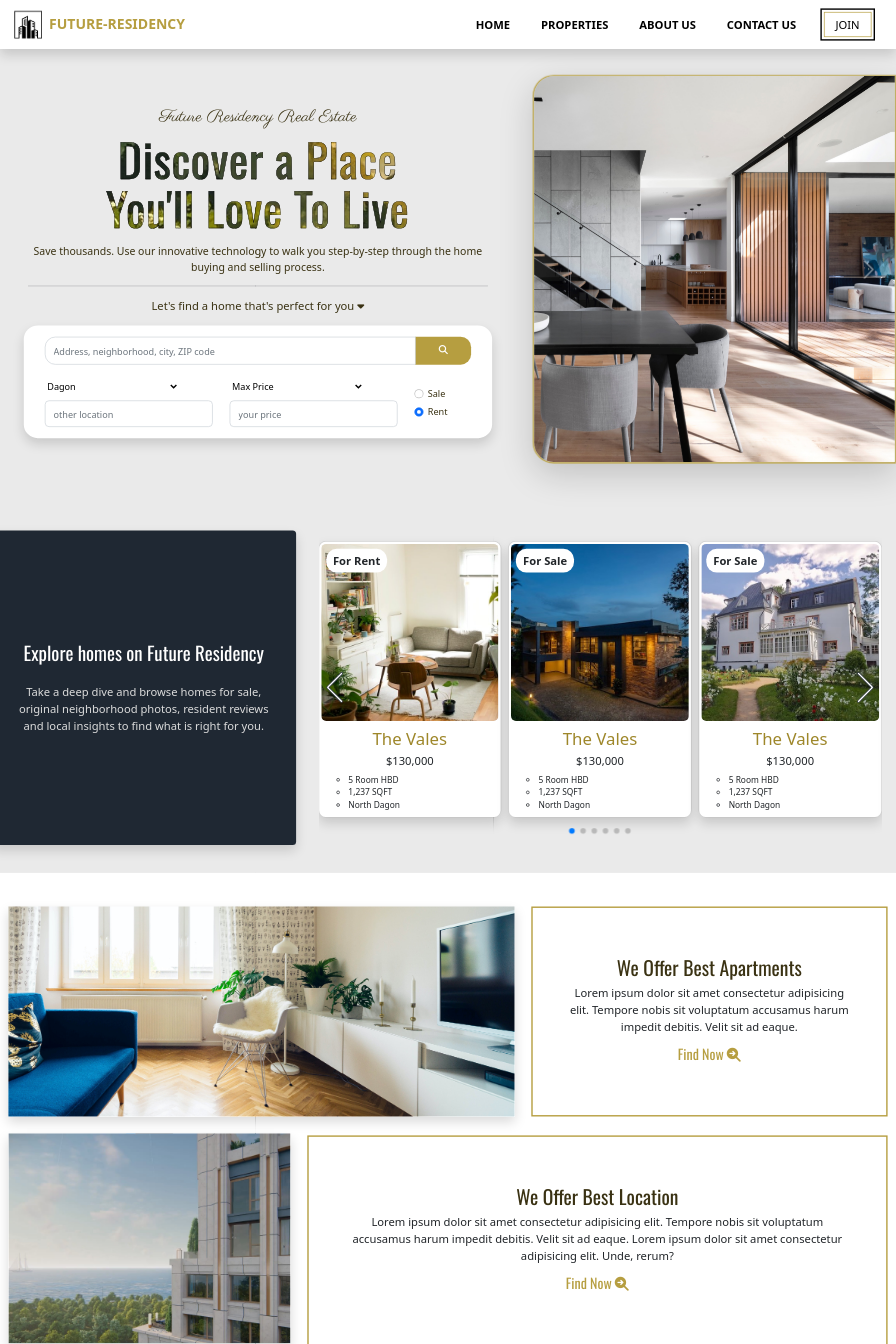
Repository: pyaestk/Future-residency
Page: index.html
The author's editor kept a copy of each file at every save. The page is drawn from the files as they stood at one save, then again after a run of saves.
The browser window is 1280 px wide. The pictures show the part of the page from y = 0 to 1920 px (the page is 2739 px tall), at 70% of full size.
Pictures or frames that could not be fetched are drawn as grey boxes.

Above is the page before, as saved 2022-12-13 19:46:37.

After the next 2 saves:
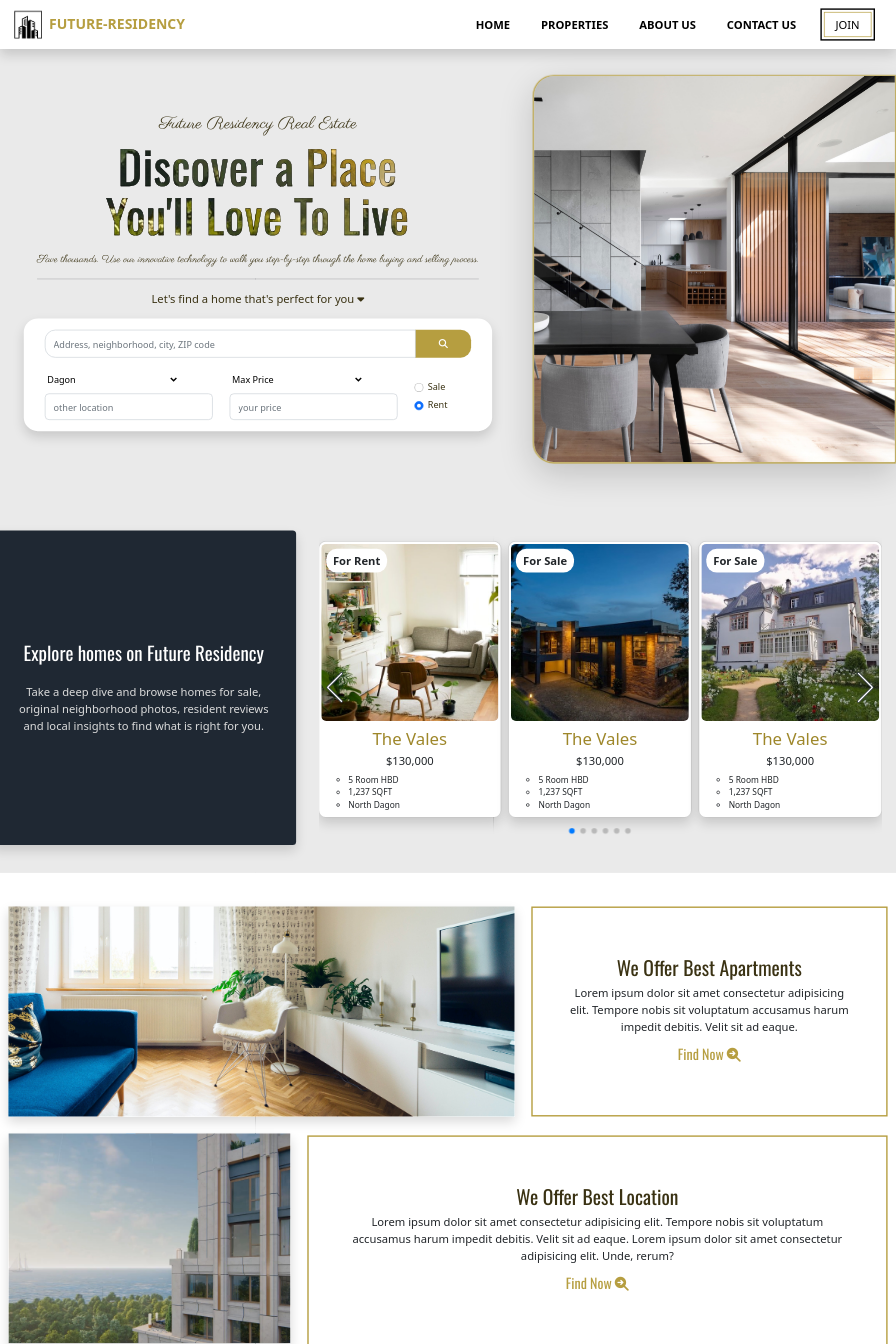
The 2 saves are shown as one change because they came seconds apart.
The last was saved 12 s later.
--- a/index.html
+++ b/index.html
@@ -69,7 +69,7 @@
             </div>
             <p>Discover a Place <br> You'll Love To Live</p>
             <div class="subtext my-2 text-center">
-              <span>Save thousands. Use our innovative technology to walk you
+              <span style=" font-family: 'Parisienne', cursive;">Save thousands. Use our innovative technology to walk you
                 step-by-step through the home buying and selling process.</span>
             </div>
             <hr>

After the save that followed:
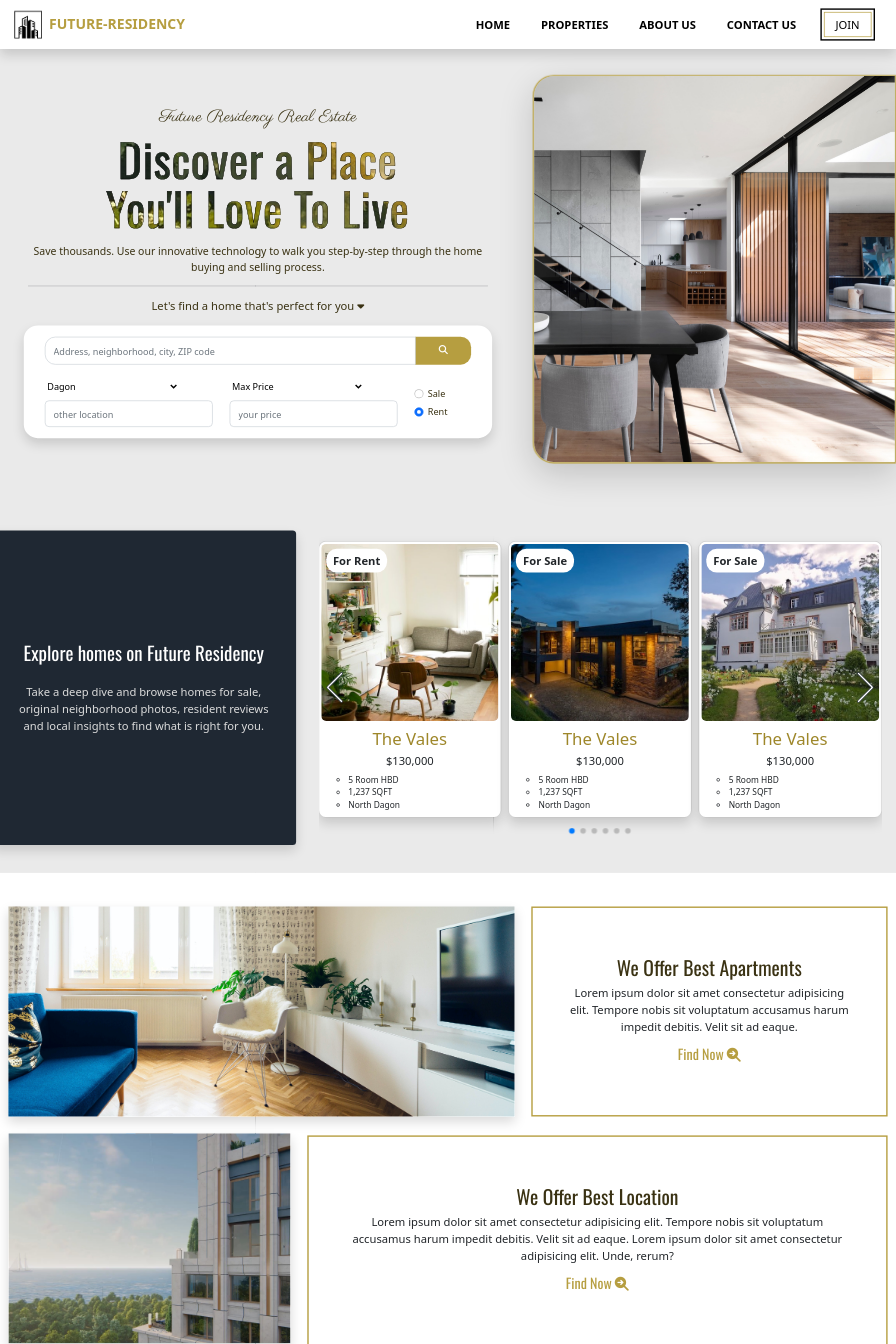
Saved 21 s later.
--- a/index.html
+++ b/index.html
@@ -69,7 +69,7 @@
             </div>
             <p>Discover a Place <br> You'll Love To Live</p>
             <div class="subtext my-2 text-center">
-              <span style=" font-family: 'Parisienne', cursive;">Save thousands. Use our innovative technology to walk you
+              <span>Save thousands. Use our innovative technology to walk you
                 step-by-step through the home buying and selling process.</span>
             </div>
             <hr>
